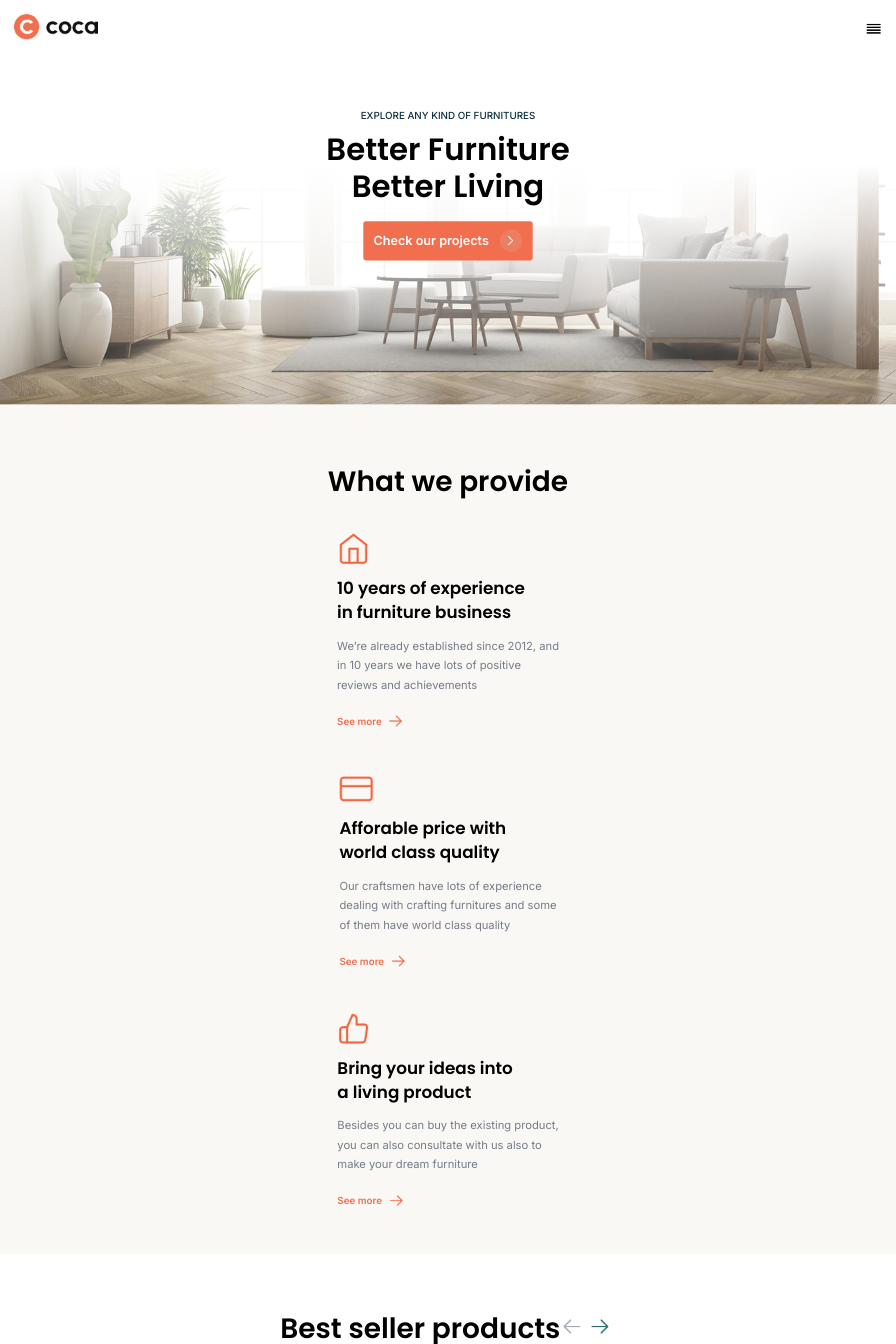
Repository: MatheusEich15/FrontEnd
Page: Prova 1 FrontEnd/Prova 1 FrontEnd/index.html
The author's editor kept a copy of each file at every save. The page is drawn from the files as they stood at one save, then again after the next save.
The browser window is 1280 px wide. The pictures show the part of the page from y = 0 to 1920 px (the page is 4949 px tall before and 4647 px after), at 70% of full size.

Above is the page before, as saved 2026-03-13 12:24:40.

After the next save:
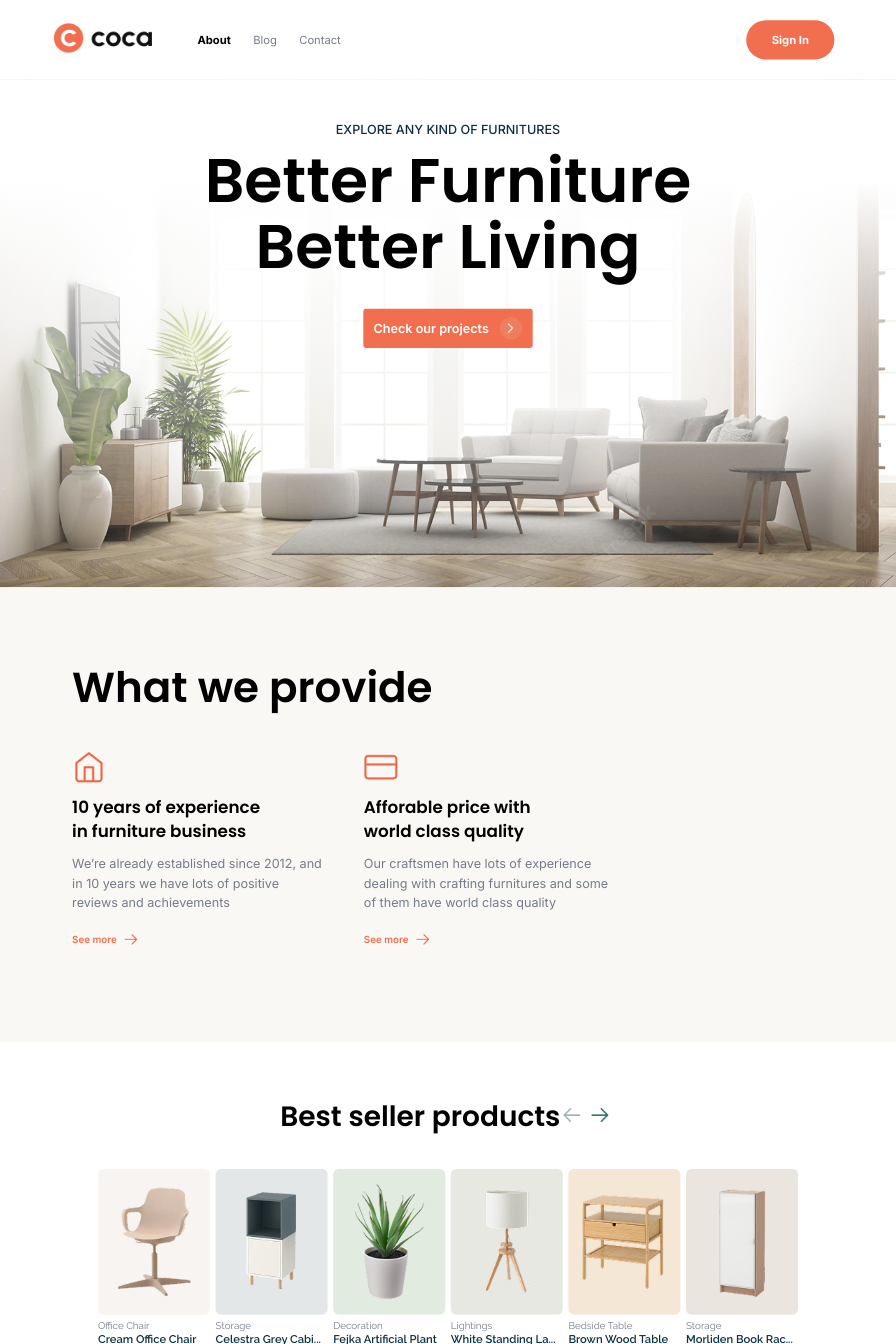
Saved 6 s later.
--- a/Prova 1 FrontEnd/Prova 1 FrontEnd/style.css
+++ b/Prova 1 FrontEnd/Prova 1 FrontEnd/style.css
@@ -591,7 +591,7 @@ footer {
     margin-bottom: 3.438rem;
 }
 
-/* @media (min-width: 1024px) {
+@media (min-width: 1024px) {
     header {
         display: flex;
         margin: 0;
@@ -735,5 +735,5 @@ footer {
 
     .about-item p {
         font-size: 1.125rem;
-    } */
-}
+    }
+}
